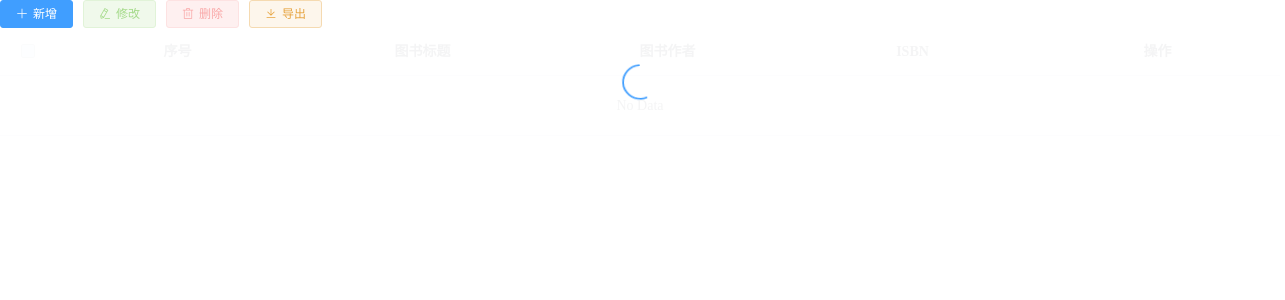
Repository: jacklihy/capgeminitestfrontend
Page: /
These files come from the project's save history. The page is drawn as it stood at one moment and after the next save; the edit follows.
The browser window is 1280 px wide. The page is 1285 px wide, so the pictures cover 1285 px, including what lies to the right of the window. The pictures show the whole page.
The page's requests for data from a server got no answer. The project was rebuilt for these pictures with package versions that can differ from the ones it lists, and the page was loaded fresh each time. No one was signed in, and anything a server would have sent is missing. Also part of the build but not shown: vue.config.js.

Above is the page before, as saved 2024-03-08 14:11:35.

After the next save:
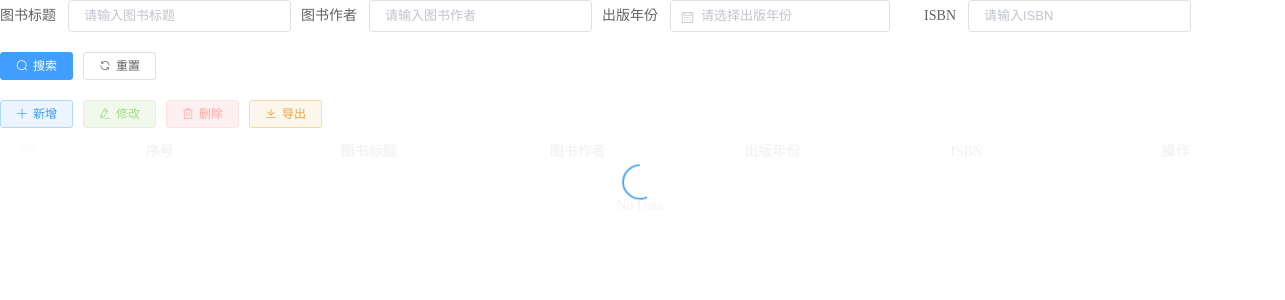
Saved 35 s later.
--- a/src/components/header.vue
+++ b/src/components/header.vue
@@ -1,6 +1,6 @@
 <template>
     <div class="app-container">
-      <!-- <el-form :model="queryParams" ref="queryForm" size="small" :inline="true" v-show="showSearch" label-width="68px">
+      <el-form :model="queryParams" ref="queryForm" size="small" :inline="true" v-show="showSearch" label-width="68px">
         <el-form-item label="图书标题" prop="bookTitle">
           <el-input
             v-model="queryParams.bookTitle"
@@ -37,7 +37,7 @@
           <el-button type="primary" icon="el-icon-search" size="mini" @click="handleQuery">搜索</el-button>
           <el-button icon="el-icon-refresh" size="mini" @click="resetQuery">重置</el-button>
         </el-form-item>
-      </el-form> -->
+      </el-form>
 
       <el-row :gutter="10" class="mb8">
         <el-col :span="1.5">
@@ -82,7 +82,7 @@
             v-hasPermi="['system:book:export']"
           >导出</el-button>
         </el-col>
-        <!-- <right-toolbar :showSearch.sync="showSearch" @queryTable="getList"></right-toolbar> -->
+        <right-toolbar :showSearch.sync="showSearch" @queryTable="getList"></right-toolbar>
       </el-row>
 
       <el-table v-loading="loading" :data="bookList" @selection-change="handleSelectionChange">
@@ -90,11 +90,12 @@
         <el-table-column label="序号" align="center" prop="bookId" />
         <el-table-column label="图书标题" align="center" prop="bookTitle" />
         <el-table-column label="图书作者" align="center" prop="bookAuth" />
-        <!-- <el-table-column label="出版年份" align="center" prop="bookversionDate" width="180">
+  <!--      <el-table-column label="图书内容" align="center" prop="bookContent" />-->
+        <el-table-column label="出版年份" align="center" prop="bookversionDate" width="180">
           <template slot-scope="scope">
             <span>{{ parseTime(scope.row.bookversionDate, '{y}-{m}-{d}') }}</span>
           </template>
-        </el-table-column> -->
+        </el-table-column>
         <el-table-column label="ISBN" align="center" prop="bookIsbn" />
         <el-table-column label="操作" align="center" class-name="small-padding fixed-width">
           <template slot-scope="scope">
@@ -203,7 +204,8 @@
     methods: {
       getList() {
            this.$http.get('/api/list').then(response => {
-            this.bookList = response.data[0];
+            this.bookList = response.data;
+              alert(res)
            });
       },
       // 取消按钮
